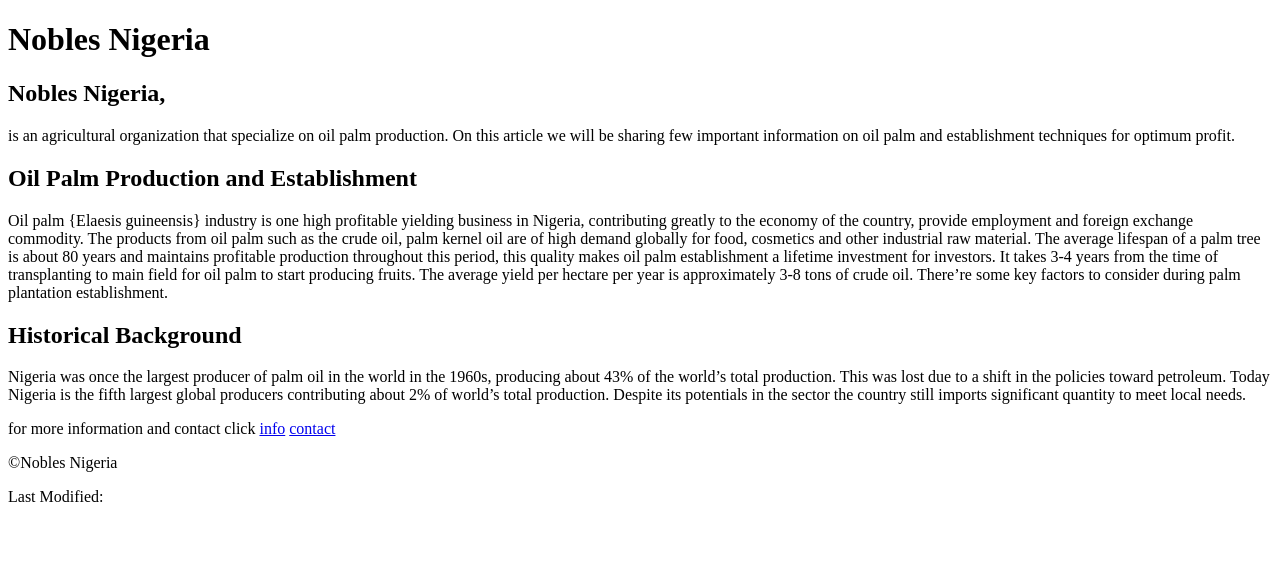
Repository: NoblesNigeria/wdd131
Page: wdd131-project/course-project.html
The author's editor kept a copy of each file at every save. The page is drawn from the files as they stood at one save, then again after a run of saves.
The browser window is 1280 px wide. The pictures show the whole page.

Above is the page before, as saved 2025-12-03 13:31:54.

### wdd131-project/course-project.html
<!DOCTYPE html>
<html lang="en">
<head>
    <meta charset="UTF-8">
    <meta name="viewport" content="width=device-width, initial-scale=1.0">
    <title>WDD 131 Course Project</title>
    <meta name="author" content="Nwose Anthony">
    <meta name="description" content="WDD 131 end of course project, It help students to independently practice some skills gained during the course.  ">
    <link rel="stylesheet" href="styles/course-project.css">
    <link src="scripts/course-project.js">
</head>
<body>
    <header>
        <h1>Nobles Nigeria</h1>
    </header>
    <main>
        <h2>Nobles Nigeria,</h2><p>is an agricultural organization that specialize on oil palm production. On this article we will be sharing few important information on oil palm and establishment techniques for optimum profit. </p>
        <h2>Oil Palm Production and Establishment</h2>
        <p>Oil palm {Elaesis guineensis} industry is one high profitable yielding
business in Nigeria, contributing greatly to the economy of the
country, provide employment and foreign exchange commodity. The
products from oil palm such as the crude oil, palm kernel oil are of
high demand globally for food, cosmetics and other industrial raw
material. The average lifespan of a palm tree is about 80 years and
maintains profitable production throughout this period, this quality
makes oil palm establishment a lifetime investment for investors. It
takes 3-4 years from the time of transplanting to main field for oil
palm to start producing fruits. The average yield per hectare per year
is approximately 3-8 tons of crude oil. There’re some key factors to
consider during palm plantation establishment.</p>
        <h2>Historical Background</h2>
        <p>Nigeria was once the largest producer of palm oil in the world in the
1960s, producing about 43% of the world’s total production. This
was lost due to a shift in the policies toward petroleum. Today
Nigeria is the fifth largest global producers contributing about 2% of
world’s total production. Despite its potentials in the sector the
country still imports significant quantity to meet local needs.</p>
        <aside>

        </aside>
    </main>
    <footer>
        <p>for more information and contact click <a href="#">info</a> <a href="#">contact</a></p>
        <p>&copy;<span id="current-year"></span>Nobles Nigeria</p>
        <p>Last Modified:<span id="lastModified"></span></p>
    </footer>
</body>
</html>

Loaded but not shown: wdd131-project/styles/course-project.css (no copy from this time; the picture is the same without it)

After the next 3 saves:
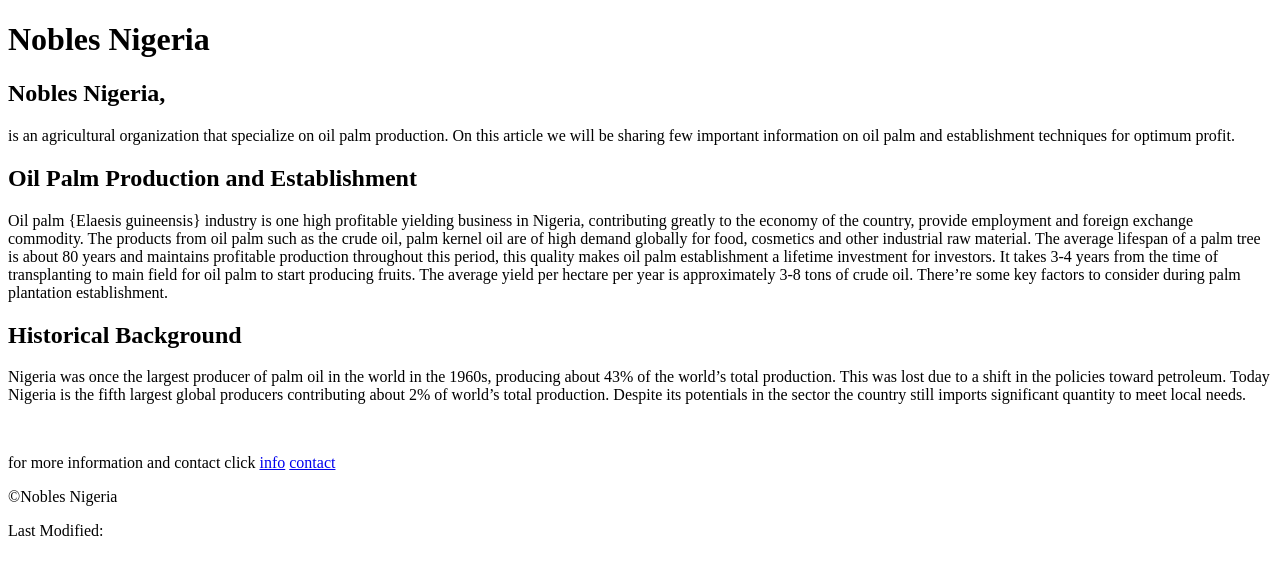
The 3 saves are shown as one change because they came seconds apart.
The last was saved 8 s later.
--- a/wdd131-project/course-project.html
+++ b/wdd131-project/course-project.html
@@ -36,7 +36,7 @@ Nigeria is the fifth largest global producers contributing about 2% of
 world’s total production. Despite its potentials in the sector the
 country still imports significant quantity to meet local needs.</p>
         <aside>
-
+            <img src
         </aside>
     </main>
     <footer>
